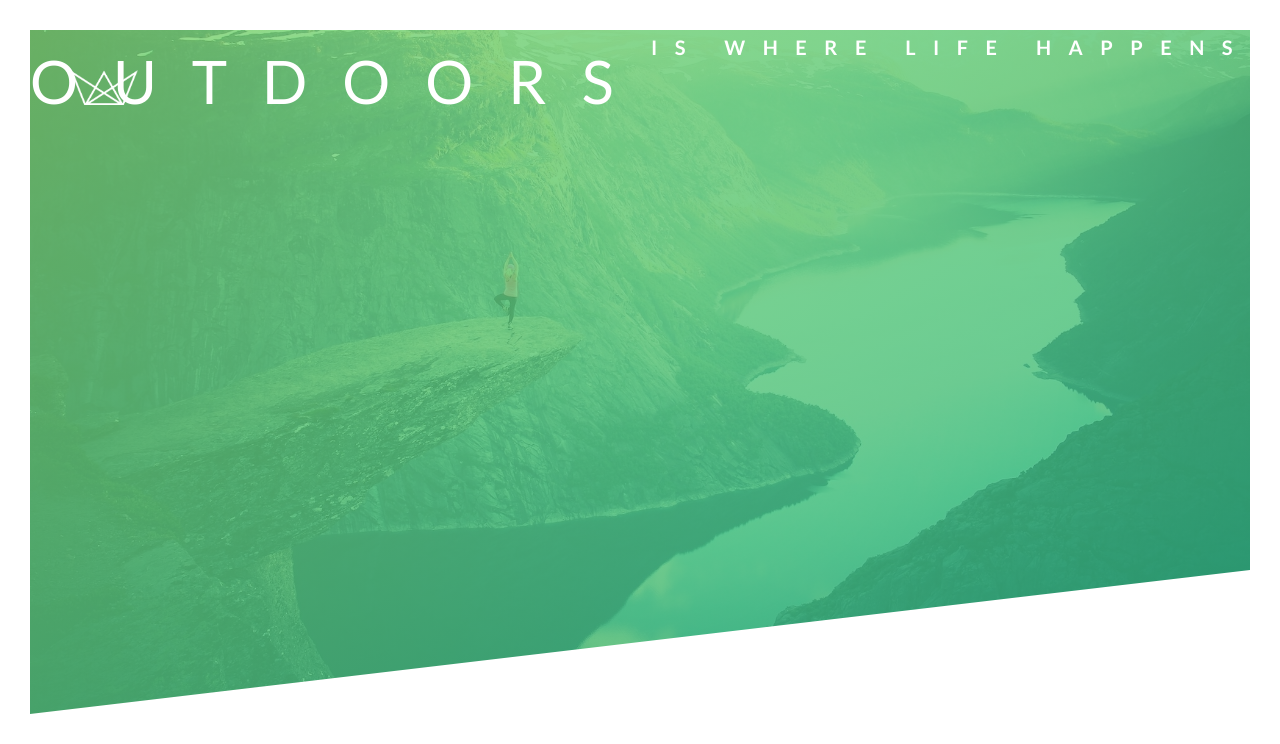
Repository: kamilluc/advanced-css-course
Page: Natours/my-implementation/index.html
These files come from the project's save history. The page is drawn as it stood at one moment and after the next save; the edit follows.
The browser window is 1280 px wide. The pictures show the whole page.

Above is the page before, as saved 2019-05-24 21:22:40.

### Natours/my-implementation/index.html
<!DOCTYPE html>
<html lang="en">
  <head>
    <meta charset="UTF-8" />
    <meta name="viewport" content="width=device-width, initial-scale=1.0" />

    <link
      href="https://fonts.googleapis.com/css?family=Lato:100,300,400,700,900"
      rel="stylesheet"
    />

    <link rel="stylesheet" href="css/icon-font.css" />
    <link rel="stylesheet" href="css/style.css" />
    <link rel="shortcut icon" type="image/png" href="img/favicon.png" />

    <title>Natours | Exciting tours for adventurous people</title>
  </head>
  <body>
    <!-- HEADER -->
    <header class="header">
      <div class="logo-box">
        <img src="img/logo-white.png" alt="logo" class="logo" />
      </div>
      <h1 class="heading-primary">
        <span class="heading-primary-main">Outdoors</span>
        <span class="heading-primary-sub">is where life happens</span>
      </h1>
    </header>
  </body>
</html>

### Natours/my-implementation/css/style.css
/*
COLORS:

Light green: #7ed56f
Medium green: #55c57a
Dark green: #28b485

*/

/* BASIC RESET, NORMALIZE COULD BE USED BUT NOT REALLY NEEDED */
*,
::before,
::after {
  margin: 0;
  padding: 0;
  box-sizing: border-box;
}

/* FONTS SETTING HERE, NOT IN * CUZ THEY ARE INHERITED */
body {
  font-family: "Lato", sans-serif;
  font-weight: 400;
  font-size: 16px;
  line-height: 1.7;
  color: #777;
  padding: 30px;
}

.header {
  height: 95vh;
  background-image: linear-gradient(
      to right bottom,
      rgba(126, 213, 111, 0.8),
      rgba(40, 180, 131, 0.8)
    ),
    url("../img/hero.jpg");
  background-size: cover;
  background-position: top;
  clip-path: polygon(0 0, 100% 0, 100% 75vh, 0 100%);
  /* AA 4CHROME */
  -webkit-backface-visibility: hidden;
  position: relative;
}

.logo-box {
  position: absolute;
  top: 40px;
  left: 40px;
}

.logo {
  height: 35px;
}

.heading-primary {
  color: white;
  text-transform: uppercase;
  display: flex;
  justify-content: center;
  align-content: center;
}
.heading-primary-main {
  flex: 1;
  display: block;
  font-size: 60px;
  font-weight: 400;
  letter-spacing: 35px;
}
.heading-primary-sub {
  display: block;
  font-size: 20px;
  font-weight: 700;
  letter-spacing: 17.5px;
}

Loaded but not shown: Natours/my-implementation/css/icon-font.css (no copy from this time; the picture is the same without it)

After the next save:
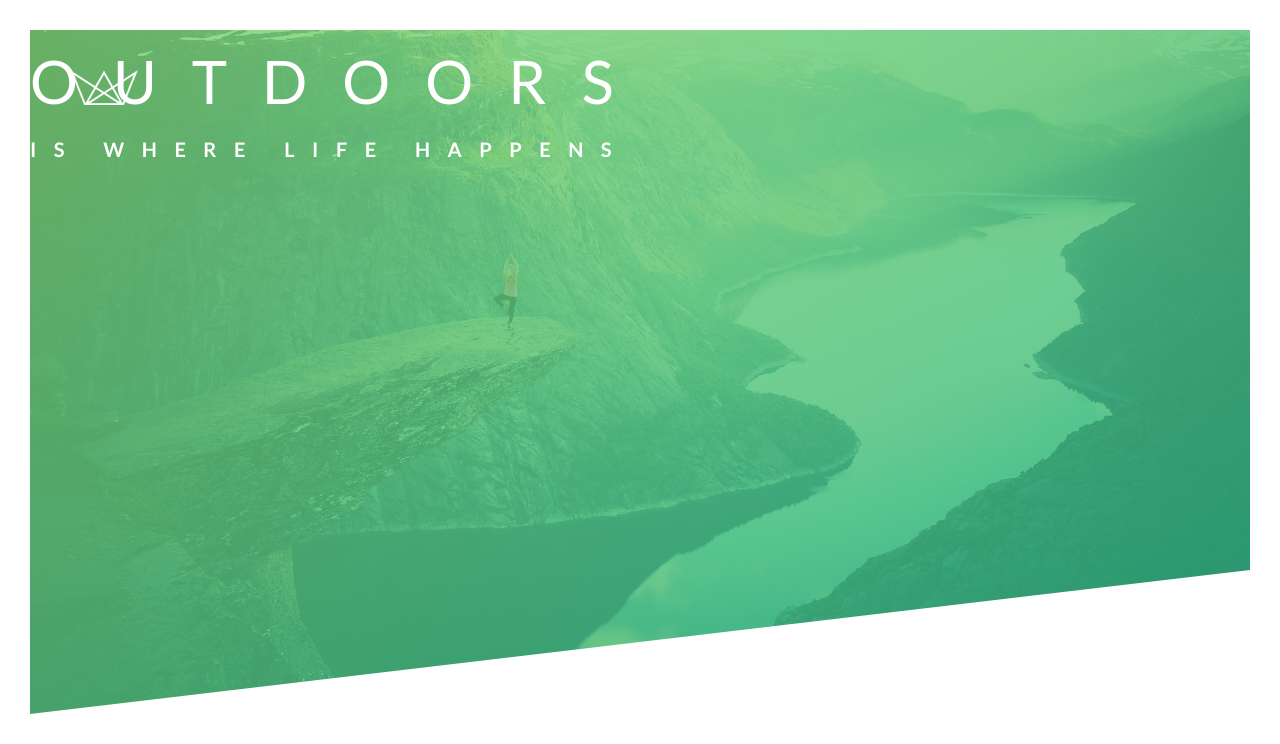
Saved 8 s later.
--- a/Natours/my-implementation/css/style.css
+++ b/Natours/my-implementation/css/style.css
@@ -58,9 +58,9 @@ body {
   display: flex;
   justify-content: center;
   align-content: center;
+  flex-direction: column;
 }
 .heading-primary-main {
-  flex: 1;
   display: block;
   font-size: 60px;
   font-weight: 400;
